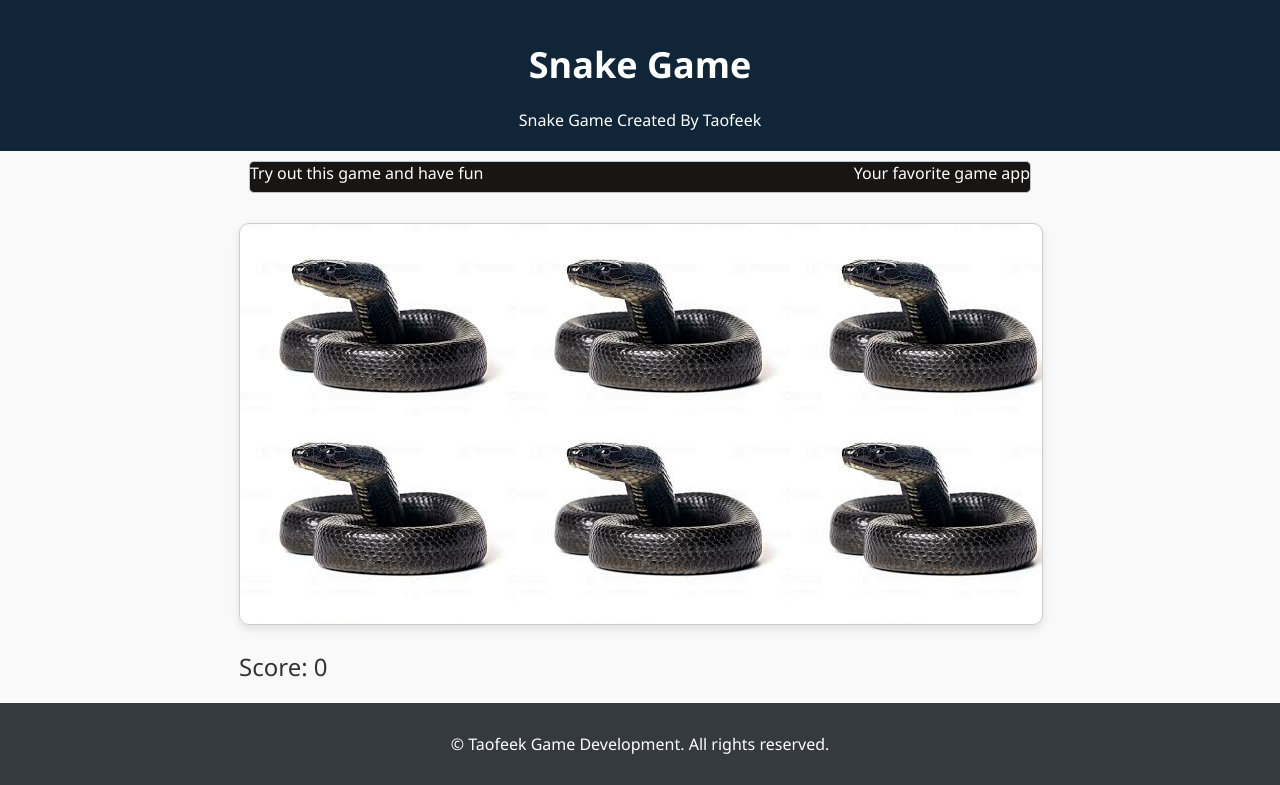
Repository: Taofeekolusola/Landing-page
Page: index.html
An editor plug-in stored every save of this project. The page is shown before and after the next save, followed by the edit.
The browser window is 1280 px wide. The pictures show the whole page.

Above is the page before, as saved 2024-05-06 21:59:52.
Not found: script.js

After the next save:
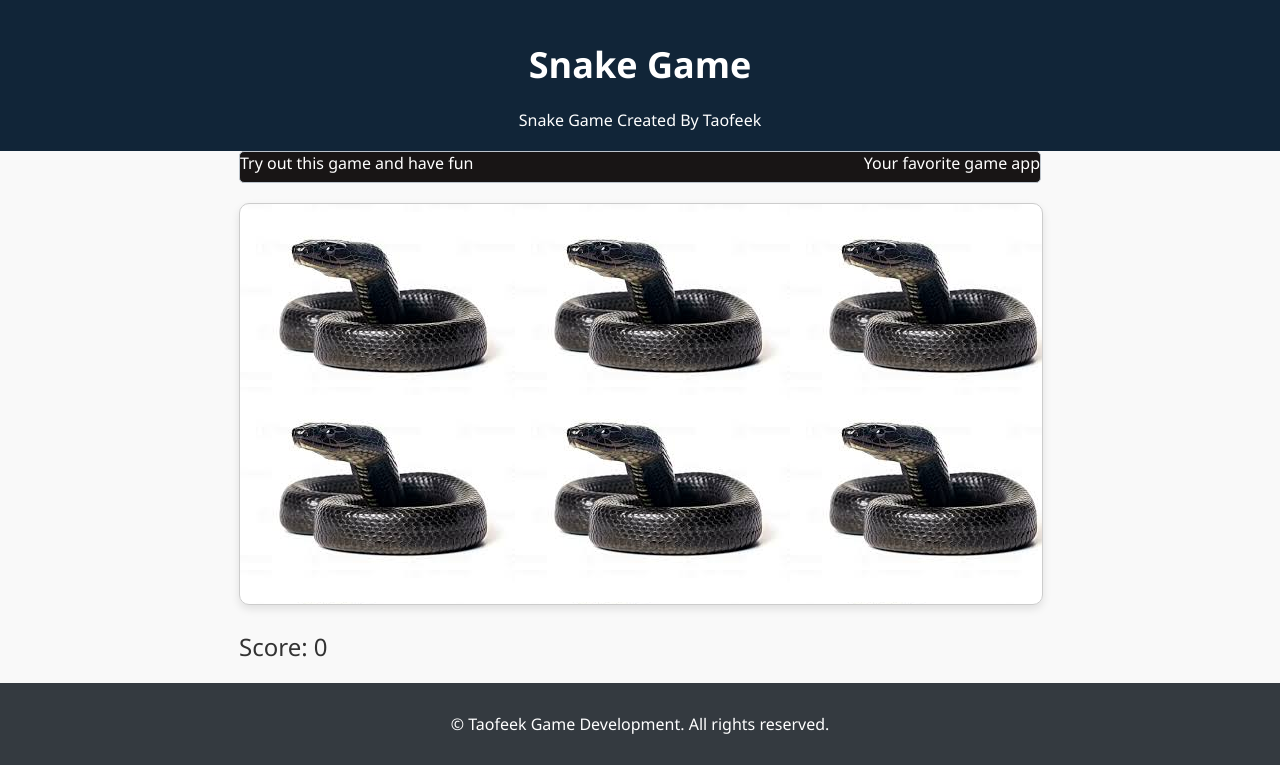
Saved 7 s later.
--- a/styles.css
+++ b/styles.css
@@ -35,7 +35,7 @@ header h1 {
 }
 
 .text {
-    margin: 10px;
+    margin-: 10px;
     border: 1px solid #bcc4cc;
     background-color: #181515;
     color: #FFFFFF;
